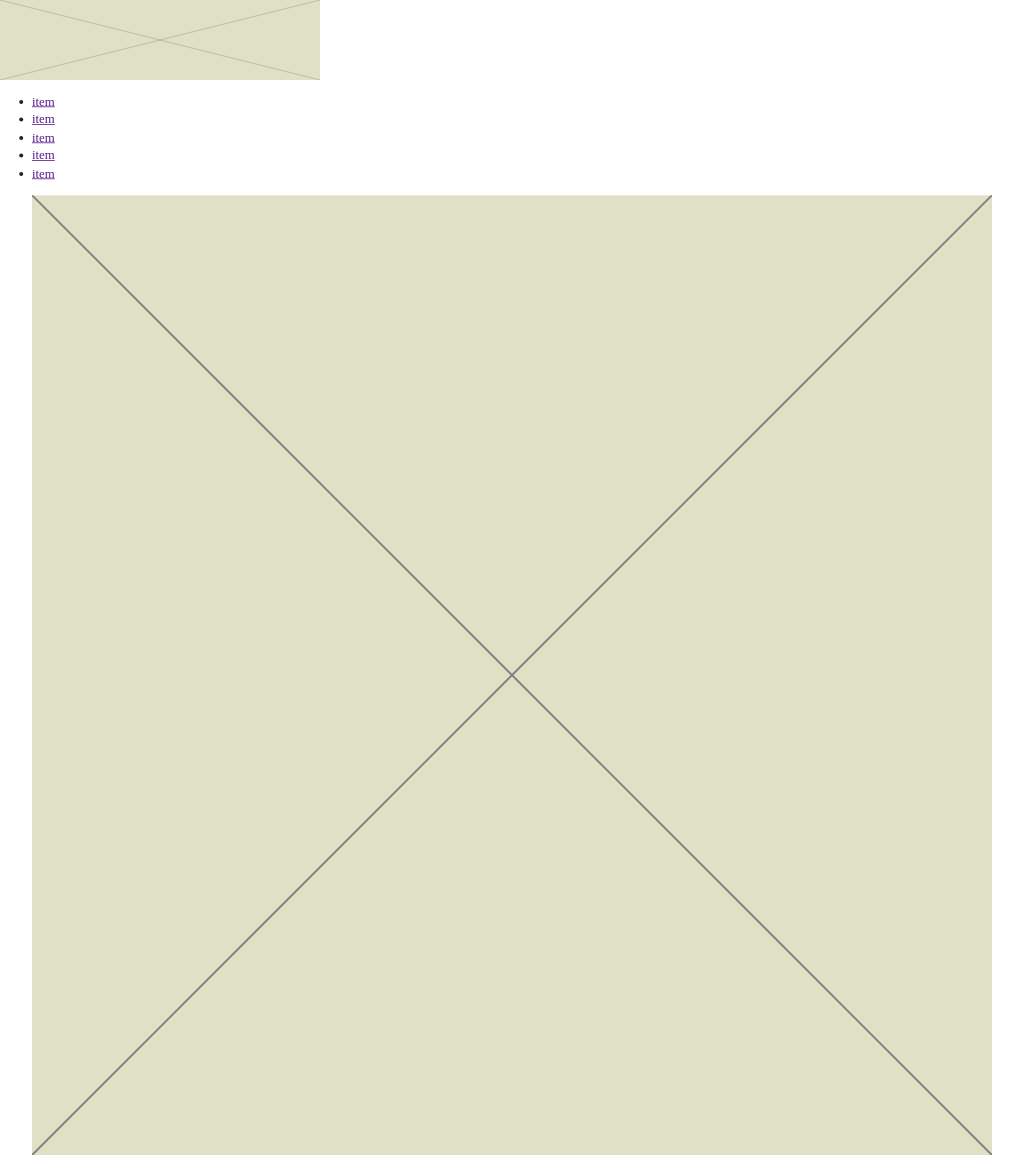
Repository: leahma1208/MDIA2003_Project1
Page: index.html
An editor plug-in stored every save of this project. The page is shown before and after the next save, followed by the edit.
The browser window is 1280 px wide. The pictures show the whole page, at 80% of full size.

Above is the page before, as saved 2021-01-22 19:46:16.

After the next save:
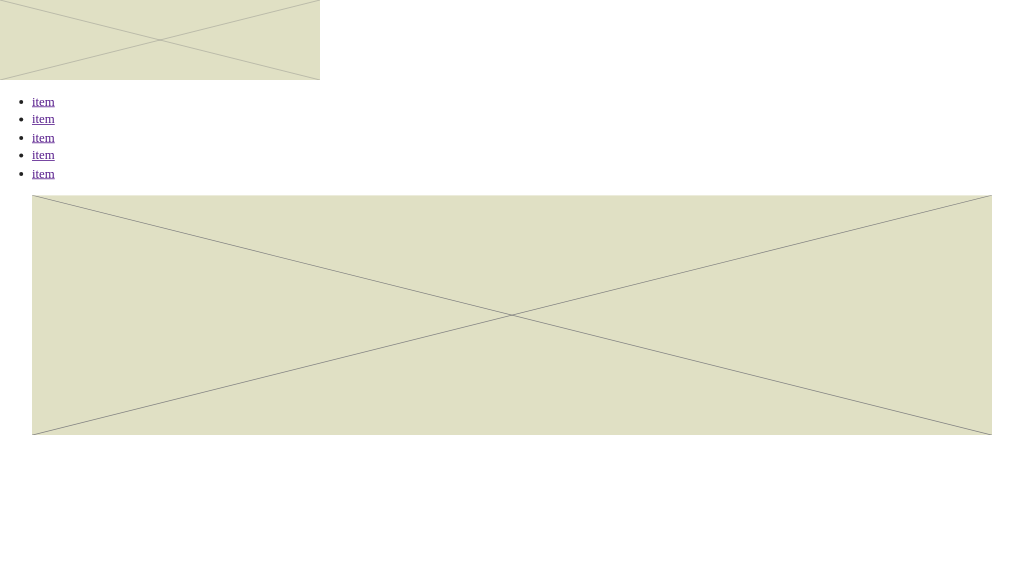
Saved 19 s later.
--- a/index.html
+++ b/index.html
@@ -39,7 +39,7 @@
 
   <figure>
     <div class="hero_image">
-      <img src="img/placeholder.svg" alt="heroimage" width="100%">
+      <img src="img/placeholder.svg" alt="heroimage" width="100%" height="300px;">
     </div>
   </figure>
 
